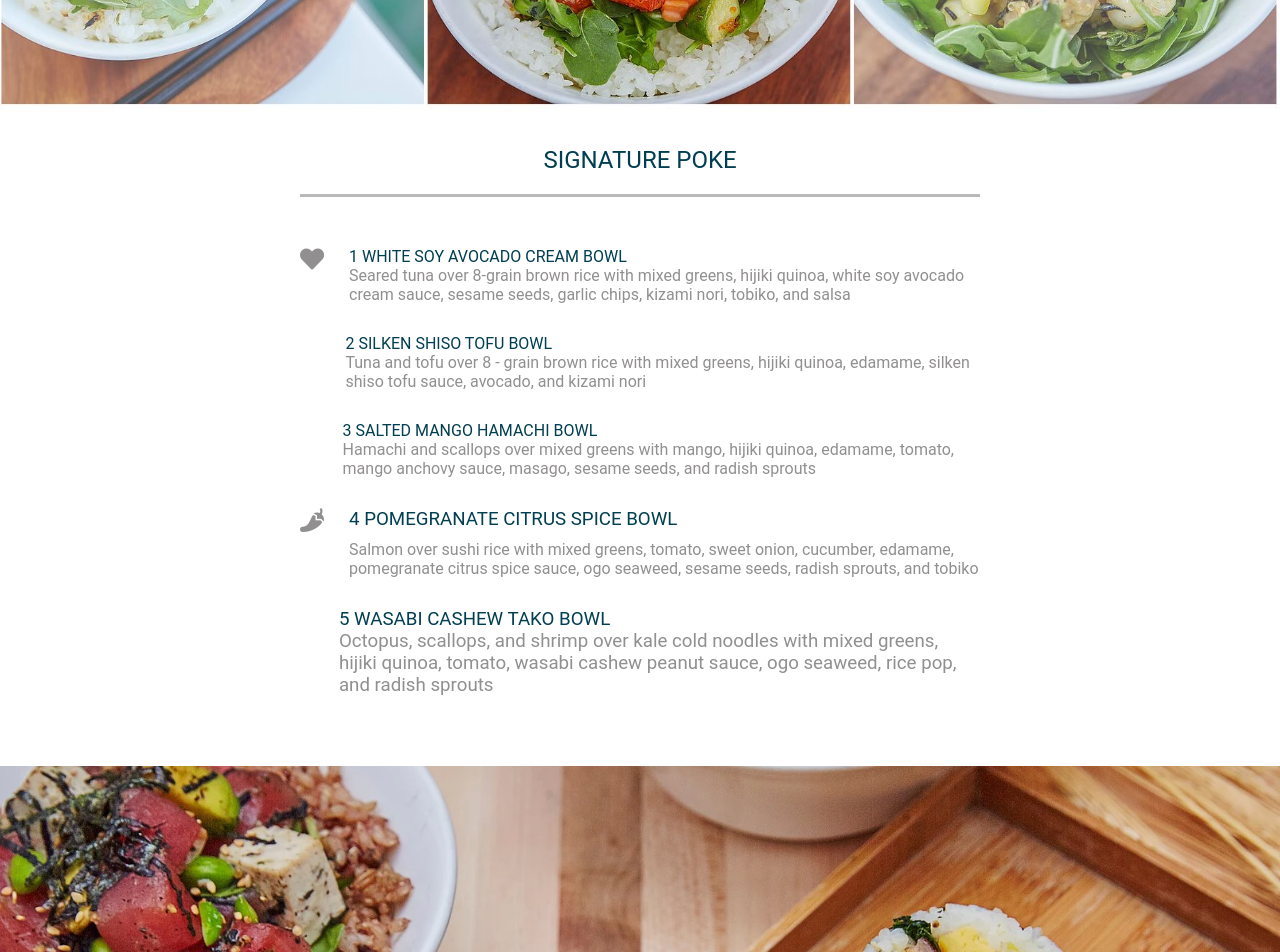
Repository: ypiard85/kome-waza
Page: index.html
These files come from the project's save history. The page is drawn as it stood at one moment and after the next save; the edit follows.
The browser window is 1280 px wide. The pictures show the part of the page from y = 1904 to 2856 px (the page is 3952 px tall before and 3991 px after).

Above is the page before, as saved 2021-02-23 12:30:45.

After the next save:
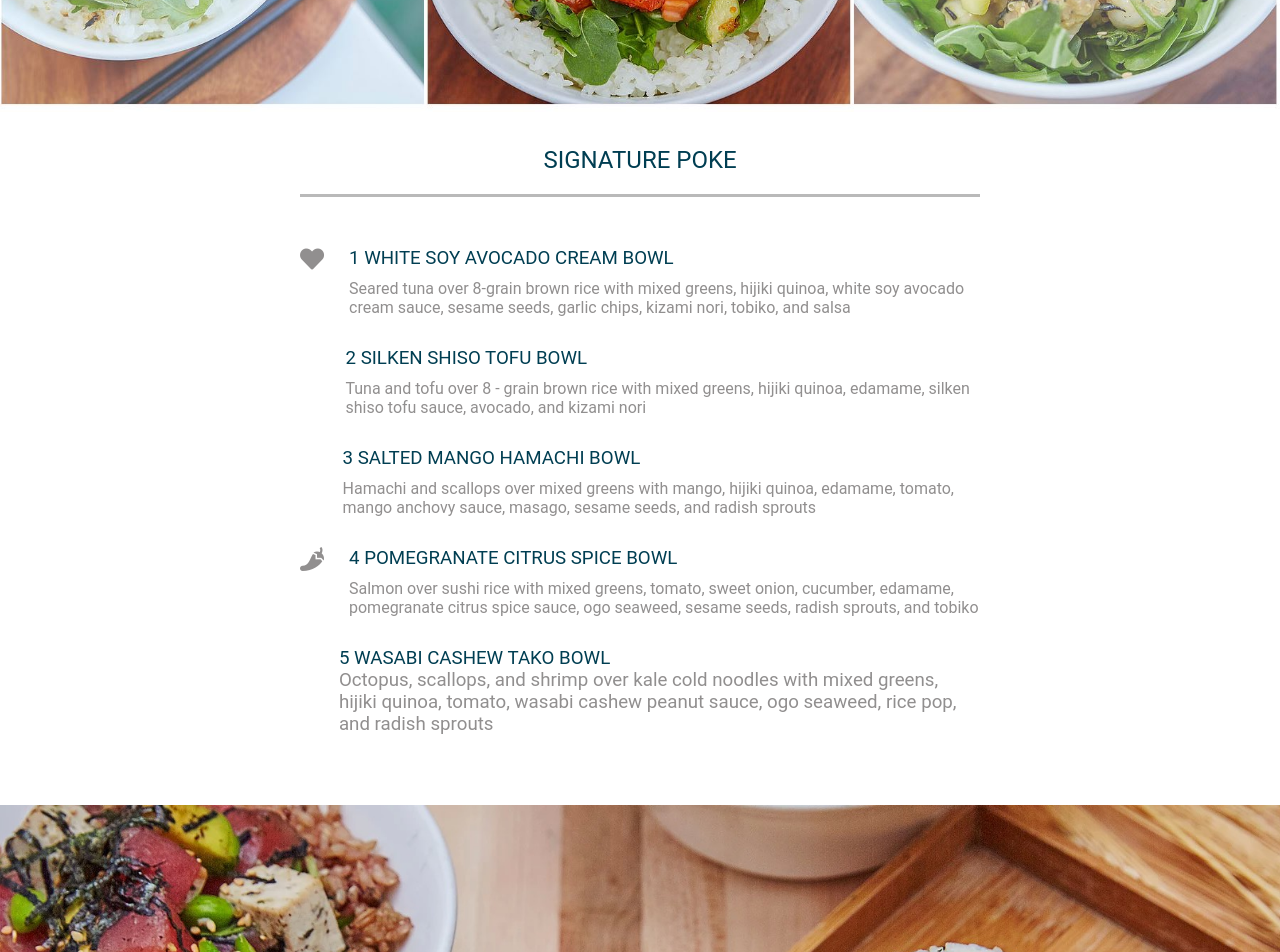
Saved 32 s later.
--- a/index.html
+++ b/index.html
@@ -62,14 +62,14 @@
         <div class="about_content">
             <span class="fas fa-heart"></span>
             <div class="about_content_info">
-                <p class="t">1  WHITE SOY AVOCADO CREAM BOWL</p>
+                <h3>1  WHITE SOY AVOCADO CREAM BOWL</h3>
                 <p class="description">Seared tuna over 8-grain brown rice with mixed greens, hijiki quinoa, white soy avocado cream sauce, sesame seeds, garlic chips, kizami nori, tobiko, and  salsa</p>
             </div>
         </div>
         <div class="about_content">
             <span></span>
             <div class="about_content_info">
-                <p class="t">2  SILKEN SHISO TOFU BOWL</p>
+                <h3>2  SILKEN SHISO TOFU BOWL</h3>
                 <p class="description">Tuna and tofu over 8 - grain brown rice with mixed greens, hijiki quinoa, edamame, silken shiso tofu sauce, avocado, and kizami nori
                 </p>
             </div>
@@ -77,7 +77,7 @@
         <div class="about_content">
             <span></span>
             <div class="about_content_info">
-                <p class="t">3  SALTED MANGO HAMACHI BOWL</p>
+                <h3>3  SALTED MANGO HAMACHI BOWL</h3>
                 <p class="description">Hamachi and scallops over mixed greens with mango, hijiki quinoa, edamame, tomato, mango anchovy sauce, masago, sesame seeds, and radish sprouts
                 </p>
             </div>
